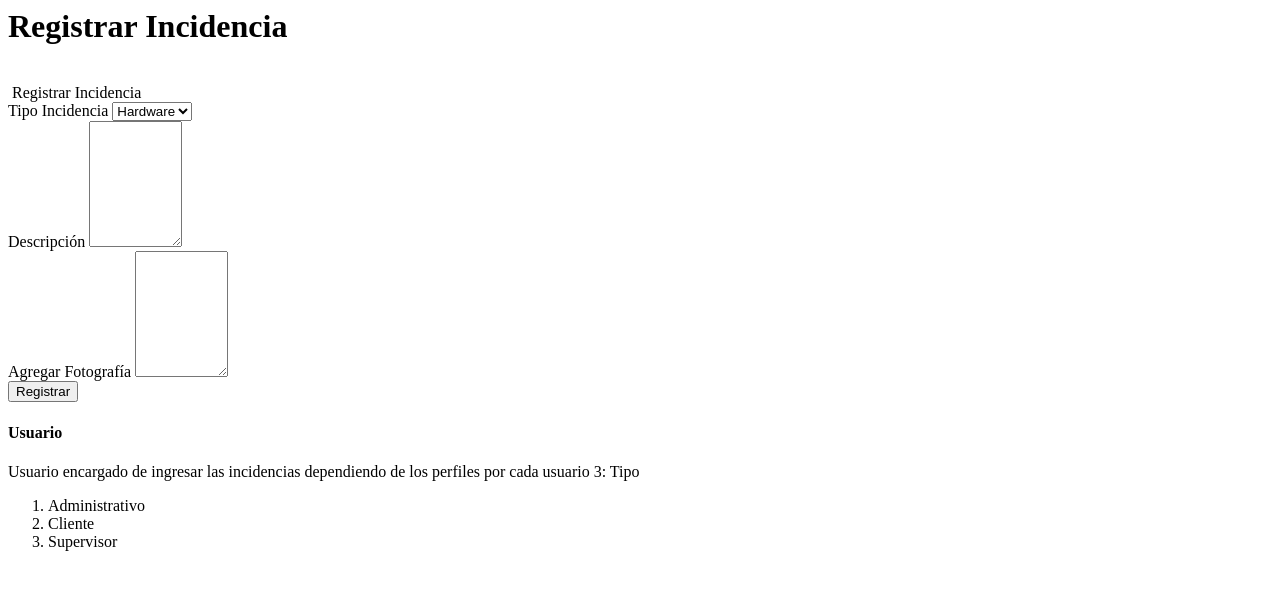
Repository: androla10/ProyectoCibert5to
Page: http://localhost/GDI/Incidencia/RegistrarIncidencia.jsp
These files come from the project's save history. The page is drawn as it stood at one moment and after the next save; the edit follows.
The browser window is 1280 px wide. The pictures show the whole page.
The page is served by Tomcat 9. Nobody is signed in. The application's start-up code is not run.

Above is the page before, as saved 2016-05-10 21:55:04.

After the next save:
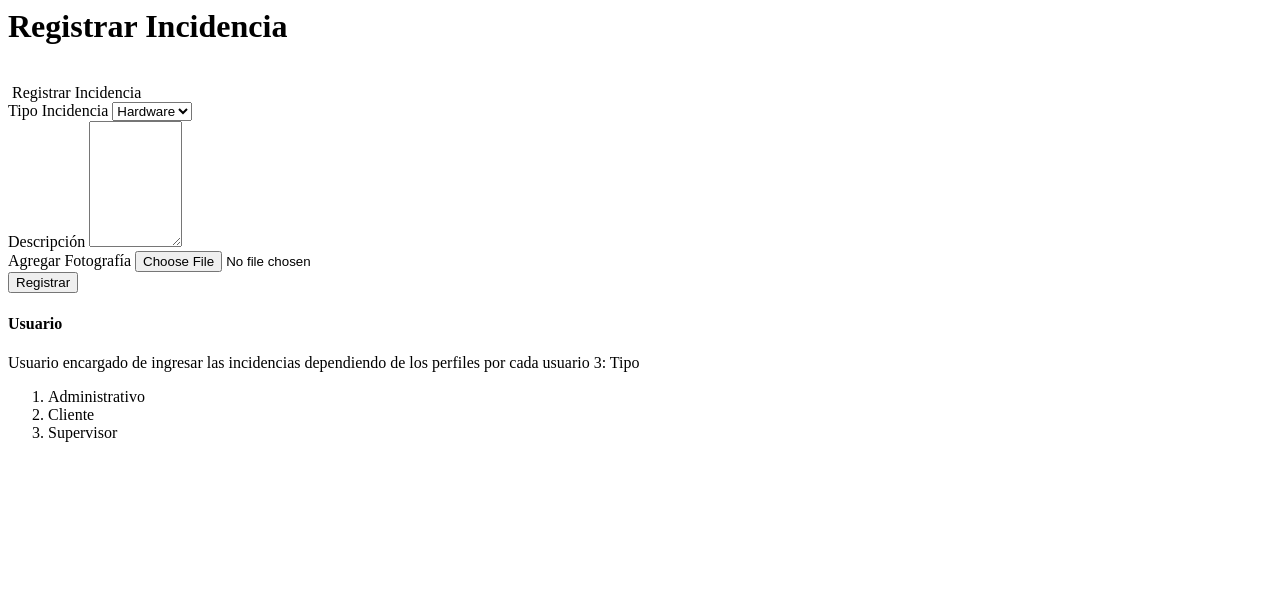
Saved 16 s later.
--- a/GDI/src/main/webapp/Incidencia/RegistrarIncidencia.jsp
+++ b/GDI/src/main/webapp/Incidencia/RegistrarIncidencia.jsp
@@ -22,7 +22,7 @@
 						</div>
 						<div class="form-group">
 							<label for="descripcion">Agregar Fotografía</label>
-							<textarea type="text" class="form-control" name="usuario.apellido" id="descripcion" rows="8" cols="9"></textarea>
+							<input type="file" class="form-control" name="usuario.apellido" id="descripcion" rows="8" cols="9"/>
 						</div>
 						<button type="submit" class="btn btn-primary">Registrar</button>
 					</div>
